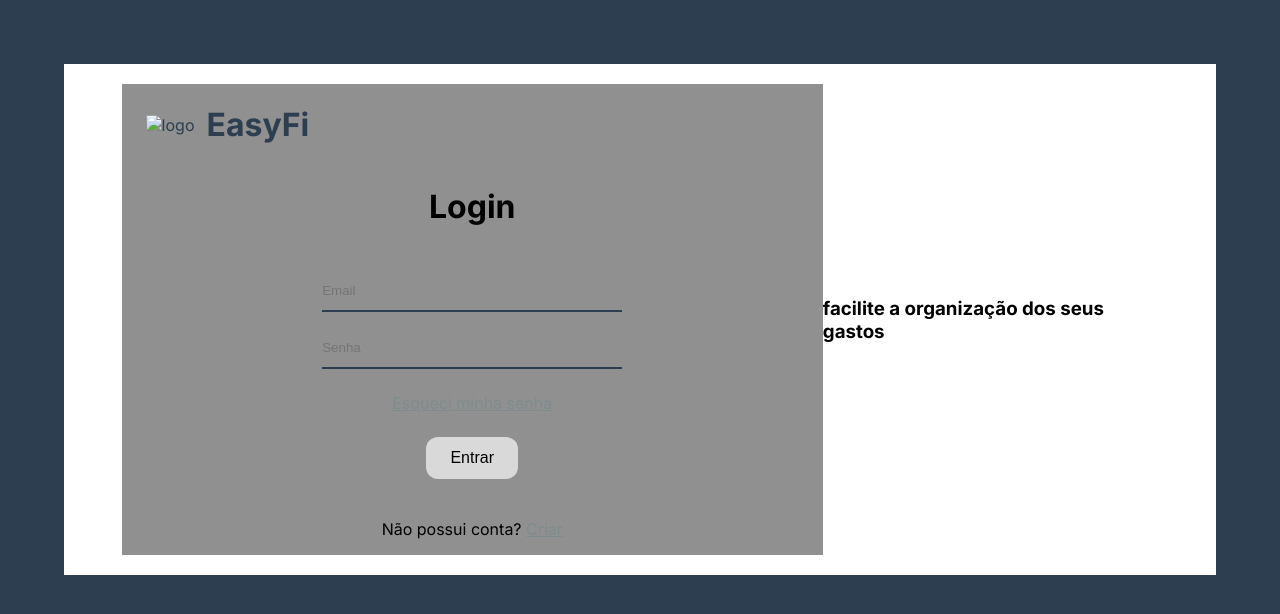
Repository: Ingridiag/projeto-engenharia
Page: login.html
These files come from the project's save history. The page is drawn as it stood at one moment and after the next save; the edit follows.
The browser window is 1280 px wide. The pictures show the whole page.

Above is the page before, as saved 2024-10-28 16:03:52.

### login.html
<!DOCTYPE html>
<html lang="pt">

<head>
    <meta charset="UTF-8">
    <meta name="viewport" content="width=device-width, initial-scale=1.0">
    <link rel="preconnect" href="https://fonts.googleapis.com">
<link rel="preconnect" href="https://fonts.gstatic.com" crossorigin>
<link href="https://fonts.googleapis.com/css2?family=Inter:ital,opsz,wght@0,14..32,100..900;1,14..32,100..900&display=swap"
rel="stylesheet">
    <link rel="stylesheet" href="style.css">
    <title>Login</title>
</head>

<body>
    <div class="container">

        <!-- Tela Login -->
        <div class="login">
            <div class="primeira-coluna">
                <div class="logo">
                    <img src="#" alt="logo">
                    <h1>EasyFi</h1>
                </div>
                <div class="formulario">
                    <h1 class="title">Login</h1>
                    <form >
                        <input type="email" placeholder="Email">
                        <input type="password" placeholder="Senha">
                    </form>
                    <div class="uses">
                        <a href="#" class="link">Esqueci minha senha</a>

                    </div>
                    <div class="btn-default">
                        <button>
                            Entrar
                        </button>
                    </div>
                    <div >
                        <p>Não possui conta?
                            <span>
                                <a href="#" class="link">Criar</a>
                            </span>
                        </p>
                    </div>
                </div>
            </div>
            <div class="segunda-coluna">
                <h3 class="mensagem">
                    facilite a organização dos seus gastos
                </h3>
            </div>
        </div>



        <div class="cadastro">
            <!-- Tela Cadastro -->
            <div class="primeira-coluna">
                <h3 class="mensagem">
                    facilite a organização dos seus gastos
                </h3>
            </div>

            <div class="segunda-coluna">
                <div class="logo">
                    <img src="#" alt="logo">
                    <h1>EasyFi</h1>
                </div>
                <div class="formulario">
                    <h1 class="title">Criar Conta</h1>
                    <form >
                        <input type="text" placeholder="Nome">
                        <input type="email" placeholder="Email">
                        <input type="password" placeholder="Senha">
                        <input type="password" placeholder=" Confirmar senha">
                    </form>
                    <div>
                        <a href="#" class="link">Esqueci minha senha</a>

                    </div>
                    <div class="btn-default">
                        <button>
                            Entrar
                        </button>
                    </div>
                    <div class="uses">
                        <p>Já possui conta?
                            <span>
                                <a href="#" class="link">Login</a>
                            </span>
                        </p>
                    </div>
                </div>
            </div>
        </div>


    </div>

</body>

</html>

### style.css
body {
    margin: 0;
    padding: 0;
    box-sizing: border-box;
    background: #2C3E50;
    font-family: "Inter", sans-serif;
}
.container{
    display: flex;
    justify-content: center;
    align-items:center;
    margin: 5%;
}

.login{
    width: 100%;
    height: 55vh;
    padding: 5%;
    display: flex;
    align-items: center;
    background: #fff;
    justify-content: space-between;
}

.primeira-coluna{
    width: 70%;
    display: flex;
    flex-direction: column;
    justify-content: center;
    background:#909090;
}
.logo{
    display: flex;
    gap: 12px;
    align-items:center;
    padding-left: 24px;
    color:#2C3E50;

    h1{
        font
    }

}
.formulario{
    display: flex;
    flex-direction: column;
    align-items:center;
    gap: 24px;
}
.formulario form{
    display: flex;
    flex-direction: column;
    gap: 16px;
}.formulario form input{
    width: 300px;
   padding: 12px 0px;
   background:none;
   border: none;
   border-bottom: 2px solid #2C3E50;
   outline: none;
   color: #2C3E50;

}
.formulario a{
    color: #7F8C8D;
}
.btn-default button{
    background: #D9D9D9;
    border: none;
    border-radius: 12px;
    padding: 12px 24px;
    font-size: 16px;
    transition: 0.2s ease;
    cursor: pointer;
}
.btn-default button:hover{
    background: #F4EEEE;
    color: #577695;
    transform: scale(1.1);
}

.cadastro{
    display: none;
    flex-direction: column;
    position: relative;
}

After the next save:
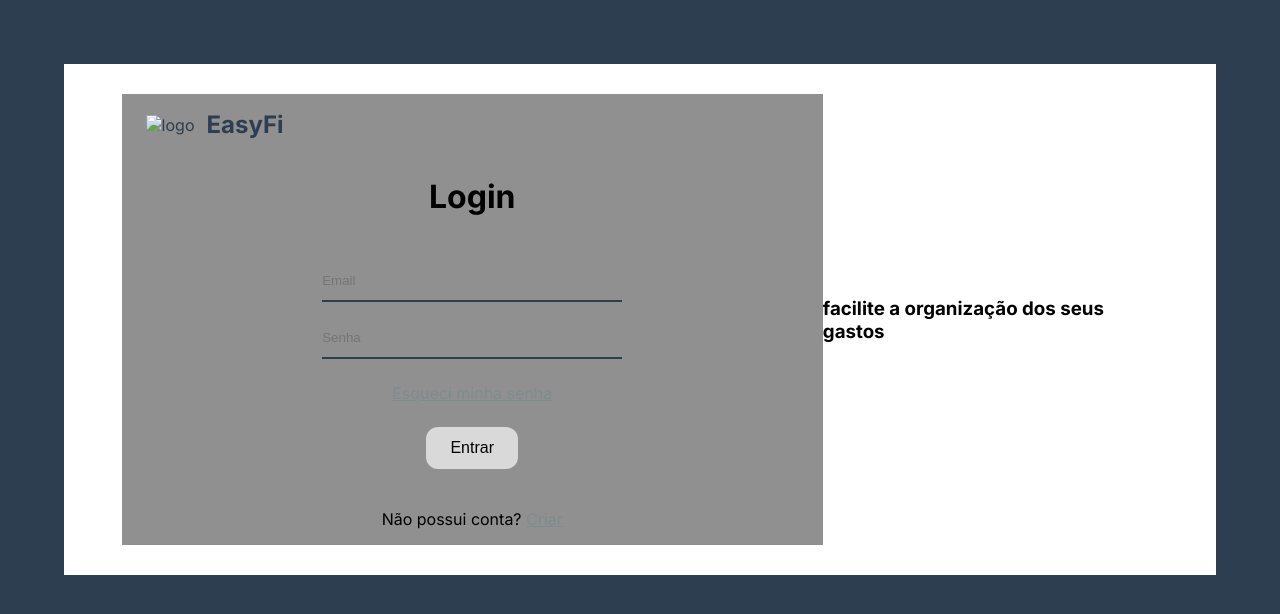
Saved 5 s later.
--- a/style.css
+++ b/style.css
@@ -37,7 +37,7 @@ body {
     color:#2C3E50;
 
     h1{
-        font
+        font-size: 24px;
     }
 
 }
